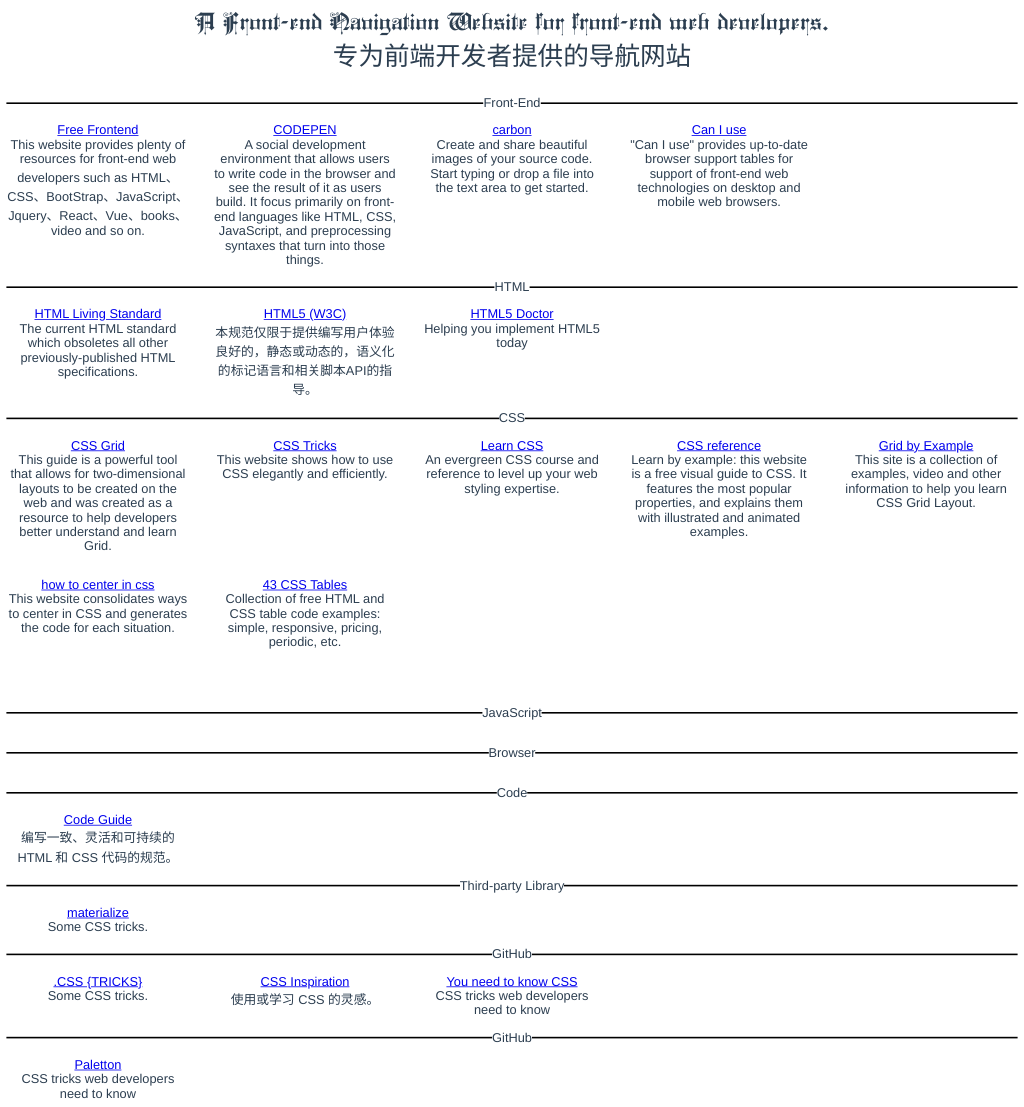
Repository: 321paranoiawhy/fenav.io
Page: /
These files come from the project's save history. The page is drawn as it stood at one moment and after a run of saves; the edit follows.
The browser window is 1280 px wide. The pictures show the whole page, at 80% of full size.
The project was rebuilt for these pictures with package versions that can differ from the ones it lists, and the page was loaded fresh each time. Also part of the build but not shown: vue.config.js.

Above is the page before, as saved 2022-04-06 01:12:51.

### src/views/HomeView.vue
<template>
    <div class="englishTitle">
        A Front-end Navigation Website for front-end web developers.
    </div>
    <div class="chineseTitle">专为前端开发者提供的导航网站</div>
    <!-- Front-End -->
    <p class="divider">Front-End</p>
    <div id="frontend" class="main">
        <div class="card">
            <a class="url" href="https://freefrontend.com/">Free Frontend</a>
            <div class="description">
                This website provides plenty of resources for front-end web
                developers such as
                HTML、CSS、BootStrap、JavaScript、Jquery、React、Vue、books、video
                and so on.
            </div>
        </div>
        <div class="card">
            <a class="url" href="https://codepen.io/trending">CODEPEN</a>
            <div class="description">
                A social development environment that allows users to write code
                in the browser and see the result of it as users build. It focus
                primarily on front-end languages like HTML, CSS, JavaScript, and
                preprocessing syntaxes that turn into those things.
            </div>
        </div>
        <div class="card">
            <a class="url" href="https://carbon.now.sh/">carbon</a>
            <div class="description">
                Create and share beautiful images of your source code. Start
                typing or drop a file into the text area to get started.
            </div>
        </div>
        <div class="card">
            <a class="url" href="https://caniuse.com/">Can I use</a>
            <div class="description">
                "Can I use" provides up-to-date browser support tables for
                support of front-end web technologies on desktop and mobile web
                browsers.
            </div>
        </div>
    </div>
    <!-- HTML -->
    <p class="divider">HTML</p>
    <div id="HTML" class="main">
        <div class="card">
            <a class="url" href="https://html.spec.whatwg.org/"
                >HTML Living Standard</a
            >
            <div class="description">
                The current HTML standard which obsoletes all other
                previously-published HTML specifications.
            </div>
        </div>
        <div class="card">
            <a class="url" href="https://www.w3.org/html/ig/zh/wiki/HTML5"
                >HTML5 (W3C)</a
            >
            <div class="description">
                本规范仅限于提供编写用户体验良好的，静态或动态的，语义化的标记语言和相关脚本API的指导。
            </div>
        </div>
        <div class="card">
            <a class="url" href="http://html5doctor.com/">HTML5 Doctor</a>
            <div class="description">Helping you implement HTML5 today</div>
        </div>
    </div>
    <!-- CSS -->
    <p class="divider">CSS</p>
    <div id="CSS" class="main">
        <div id="grid" class="card">
            <a class="url" href="https://learncssgrid.com/">CSS Grid</a>
            <div class="description">
                This guide is a powerful tool that allows for two-dimensional
                layouts to be created on the web and was created as a resource
                to help developers better understand and learn Grid.
            </div>
        </div>
        <div id="tricks" class="card">
            <a class="url" href="https://css-tricks.com/">CSS Tricks</a>
            <div class="description">
                This website shows how to use CSS elegantly and efficiently.
            </div>
        </div>
        <div id="learn" class="card">
            <a class="url" href="https://web.dev/learn/css/">Learn CSS</a>
            <div class="description">
                An evergreen CSS course and reference to level up your web
                styling expertise.
            </div>
        </div>
        <div id="reference" class="card">
            <a class="url" href="https://cssreference.io/">CSS reference</a>
            <div class="description">
                Learn by example: this website is a free visual guide to CSS. It
                features the most popular properties, and explains them with
                illustrated and animated examples.
            </div>
        </div>
        <div id="grid" class="card">
            <a class="url" href="https://gridbyexample.com/">Grid by Example</a>
            <div class="description">
                This site is a collection of examples, video and other
                information to help you learn CSS Grid Layout.
            </div>
        </div>
        <div id="center in css" class="card">
            <a class="url" href="http://howtocenterincss.com/"
                >how to center in css</a
            >
            <div class="description">
                This website consolidates ways to center in CSS and generates
                the code for each situation.
            </div>
        </div>
        <div id="table" class="card">
            <a
                class="url"
                href="https://freefrontend.com/css-tables/#pricing-tables"
                >43 CSS Tables</a
            >
            <div class="description">
                Collection of free HTML and CSS table code examples: simple,
                responsive, pricing, periodic, etc.
            </div>
        </div>
    </div>
    <!-- JavaScript -->
    <p class="divider">JavaScript</p>
    <div id="JavaScript" class="main"></div>
    <!-- Browser -->
    <p class="divider">Browser</p>
    <div id="Browser" class="main"></div>
    <!-- Code -->
    <p class="divider">Code</p>
    <div id="Code" class="main">
        <div class="card">
            <a class="url" href="https://codeguide.bootcss.com/">Code Guide</a>
            <div class="description">
                编写一致、灵活和可持续的 HTML 和 CSS 代码的规范。
            </div>
        </div>
    </div>
    <!-- Third-party Library -->
    <p class="divider">Third-party Library</p>
    <div id="Code" class="main">
        <div id="tricks" class="card">
            <a class="url" href="https://materializecss.com/"
                >materialize</a
            >
            <div class="description">Some CSS tricks.</div>
        </div>
    </div>
    <!-- GitHub -->
    <p class="divider">GitHub</p>
    <div id="GitHub" class="main">
        <div id="tricks" class="card">
            <a class="url" href="https://github.com/QiShaoXuan/css_tricks"
                >.CSS {TRICKS}</a
            >
            <div class="description">Some CSS tricks.</div>
        </div>
        <div id="Inspiration" class="card">
            <a class="url" href="https://github.com/chokcoco/CSS-Inspiration"
                >CSS Inspiration</a
            >
            <div class="description">使用或学习 CSS 的灵感。</div>
        </div>
        <div id="" class="card">
            <a
                class="url"
                href="https://github.com/l-hammer/You-need-to-know-css"
                >You need to know CSS</a
            >
            <div class="description">
                CSS tricks web developers need to know
            </div>
        </div>
    </div>
    <!-- Color -->
    <p class="divider">GitHub</p>
    <div id="Code" class="main">
        <div id="" class="card">
            <a
                class="url"
                href="https://paletton.com/#uid=1000u0kllllaFw0g0qFqFg0w0aF"
                >Paletton</a
            >
            <div class="description">
                CSS tricks web developers need to know
            </div>
        </div>
    </div>
</template>

<script>
// @ is an alias to /src
export default {
    name: "Home",
    components: {},
};
</script>

<style scoped lang="scss">
@font-face {
    font-family: KingsCross;
    src: url(/public/fonts/KingsCross.ttf);
}
@font-face {
    font-family: NotoSansSC-Regular;
    src: url(/public/fonts/NotoSansSC-Regular.otf);
}
.englishTitle {
    font-family: KingsCross;
    font-size: 32px;
}
.chineseTitle {
    font-family: NotoSanSC-Regular;
    font-size: 32px;
    margin-bottom: 30px;
}
.main {
    display: grid;
    grid-template-columns: repeat(5, 1fr);
    grid-auto-rows: 1fr;
    grid-gap: 30px;
}
// 水平分割线 中间带文字
p {
    display: flex;
}
p:before,
p:after {
    content: "";
    flex: 1 1 0;
    border-bottom: 2px solid #000;
    margin: auto;
}
</style>

Loaded but not shown: public/index.html (common file); src/main.js (common file); src/App.vue (common file); src/router/index.js (common file); src/store/index.js (common file)

After the next 2 saves:
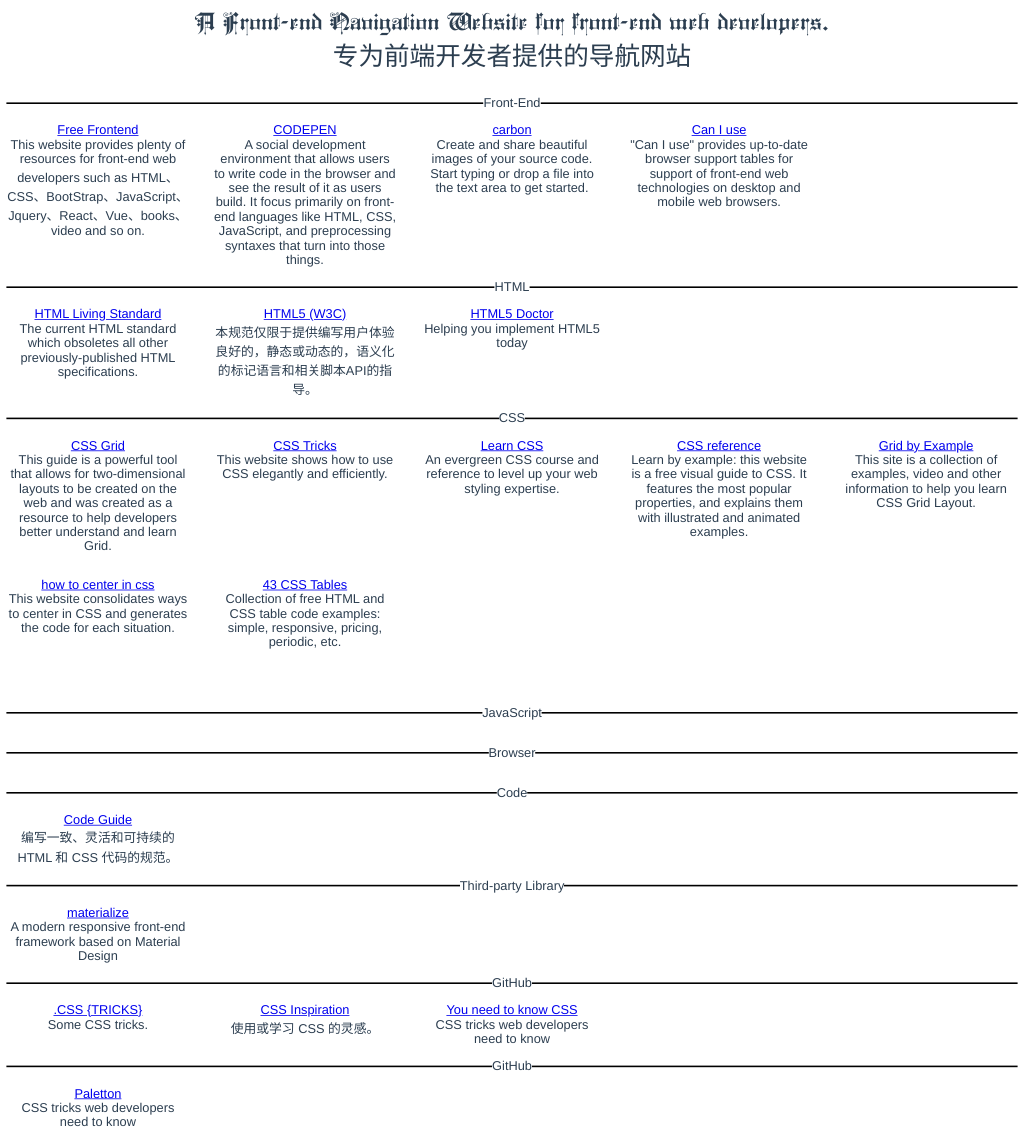
The 2 saves are shown as one change because they came seconds apart.
The last was saved 13 s later.
--- a/src/views/HomeView.vue
+++ b/src/views/HomeView.vue
@@ -145,10 +145,10 @@
     <p class="divider">Third-party Library</p>
     <div id="Code" class="main">
         <div id="tricks" class="card">
-            <a class="url" href="https://materializecss.com/"
-                >materialize</a
-            >
-            <div class="description">Some CSS tricks.</div>
+            <a class="url" href="https://materializecss.com/">materialize</a>
+            <div class="description">
+                A modern responsive front-end framework based on Material Design
+            </div>
         </div>
     </div>
     <!-- GitHub -->
